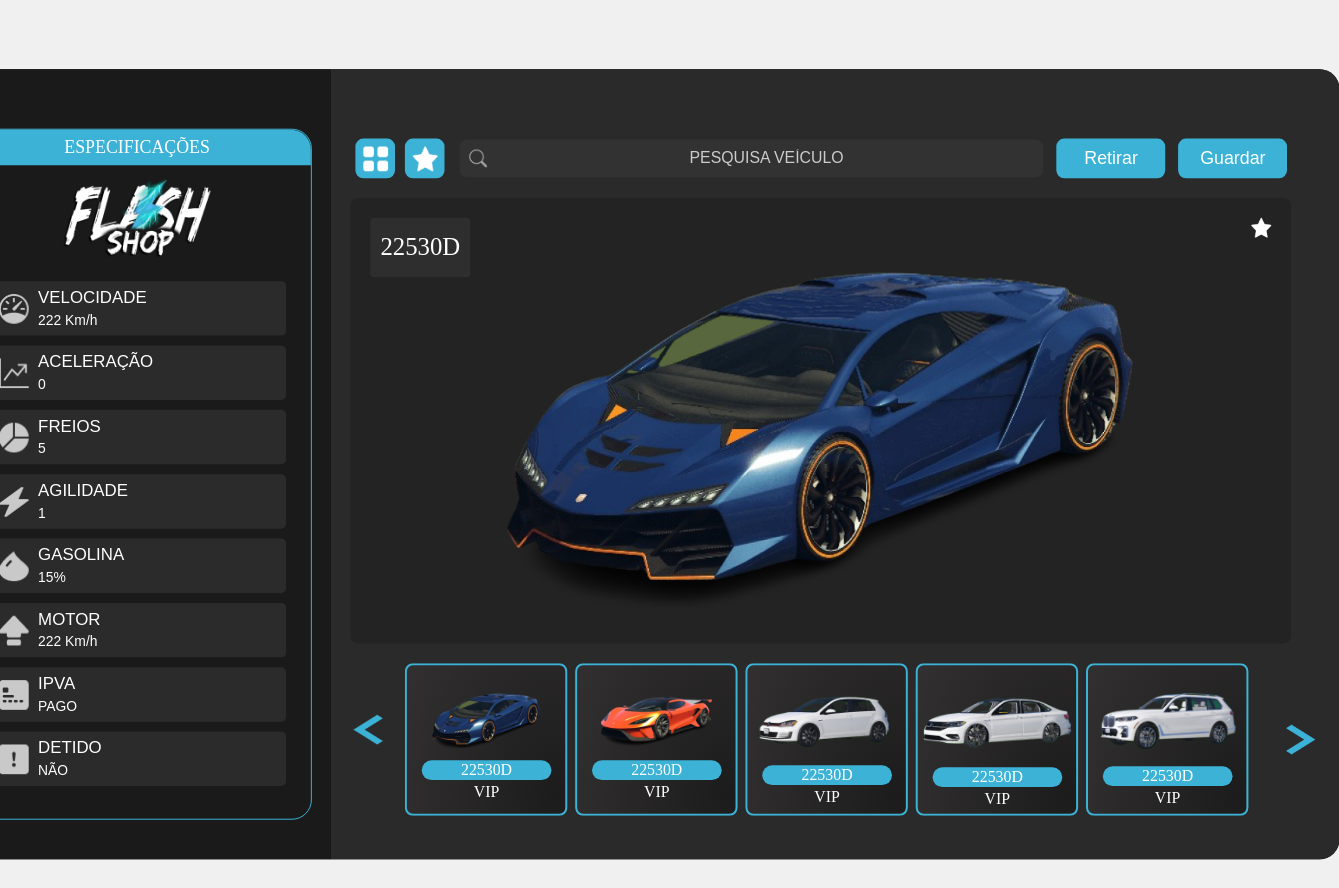
Repository: DuMCorrea/Garagem
Page: index.html
An editor plug-in stored every save of this project. The page is shown before and after the next save, followed by the edit.
The browser window is 1280 px wide. The page is 1353 px wide, so the pictures cover 1353 px, including what lies to the right of the window. The pictures show the whole page, at 99% of full size.
Some web fonts or font styles are not loaded; a fallback is used.

Above is the page before, as saved 2024-08-22 19:56:48.

### index.html
<!DOCTYPE html>
<html lang="pt-BR">
<head>
    <meta charset="UTF-8">
    <meta name="viewport" content="width=device-width, initial-scale=1.0">
    <link href="https://fonts.googleapis.com/css2?family=Baloo+Bhai&display=swap" rel="stylesheet">
    <title>Div Principal</title>
    <link rel="stylesheet" href="styles.css">
</head>
<body>
    <div class="div-principal">
        <div class="div-esquerda">
            <div class="retangulo-informacoes-3 duplicadoo">
                <img src="assets/FlashStore 2.png" alt="Imagem Mecânico" class="imagem-mecanico">
                <div class="titulo-retangulo">ESPECIFICAÇÕES</div>
                <div class="saldo-conteudo">
                    <div class="saldo-item">
                        <img src="assets/Velo.png" alt="Imagem de Carteira" class="saldo-imagem">
                        <div class="saldo-texto">
                            <p class="saldo-titulo">VELOCIDADE</p>
                            <p class="saldo-valor">222 Km/h</p>
                        </div>
                    </div>
                    <div class="saldo-item">
                        <img src="assets/Ace.png" alt="Imagem de Carteira" class="saldo-imagem">
                        <div class="saldo-texto">
                            <p class="saldo-titulo">ACELERAÇÃO</p>
                            <p class="saldo-valor">0</p>
                        </div>
                    </div>
                    <div class="saldo-item">
                        <img src="assets/Freios.png" alt="Imagem de Carteira" class="saldo-imagem">
                        <div class="saldo-texto">
                            <p class="saldo-titulo">FREIOS</p>
                            <p class="saldo-valor">5</p>
                        </div>
                    </div>
                    <div class="saldo-item">
                        <img src="assets/Agi.png" alt="Imagem de Carteira" class="saldo-imagem">
                        <div class="saldo-texto">
                            <p class="saldo-titulo">AGILIDADE</p>
                            <p class="saldo-valor">1</p>
                        </div>
                    </div>
                    <div class="saldo-item">
                        <img src="assets/Gaso.png" alt="Imagem de Carteira" class="saldo-imagem">
                        <div class="saldo-texto">
                            <p class="saldo-titulo">GASOLINA</p>
                            <p class="saldo-valor">15%</p>
                        </div>
                    </div>
                    <div class="saldo-item">
                        <img src="assets/Motor.png" alt="Imagem de Carteira" class="saldo-imagem">
                        <div class="saldo-texto">
                            <p class="saldo-titulo">MOTOR</p>
                            <p class="saldo-valor">222 Km/h</p>
                        </div>
                    </div>
                    <div class="saldo-item">
                        <img src="assets/Ipva.png" alt="Imagem de Carteira" class="saldo-imagem">
                        <div class="saldo-texto">
                            <p class="saldo-titulo">IPVA</p>
                            <p class="saldo-valor">PAGO</p>
                        </div>
                    </div>
                    <div class="saldo-item">
                        <img src="assets/Detido.png" alt="Imagem de Carteira" class="saldo-imagem">
                        <div class="saldo-texto">
                            <p class="saldo-titulo">DETIDO</p>
                            <p class="saldo-valor">NÃO</p>
                        </div>
                    </div>

                </div>
            </div>
        </div>


        <div class="div-direita">
            <div class="retangulo-fundo">
                <!-- Adicionando os quadrados e o input de pesquisa ao fundo -->
                <div class="container-quadrados">
                    <button class="botao-quadrado-azul">
                        <img src="assets/4Quadrados.png" alt="Ícone 1" class="pequena-imagem">
                    </button>
                    <button class="botao-quadrado-azul">
                        <img src="assets/estrela.png" alt="Ícone 2" class="pequena-imagem">
                    </button>
                    <div class="input-container">
                        <input type="text" class="input-pesquisa" placeholder="PESQUISA VEÍCULO">
                        <button class="botao-icone-pesquisa">
                            <img src="assets/lupa (2).png" alt="Ícone Pesquisa" class="icone-pesquisa">
                        </button>
                        <!-- Novos retângulos ao lado do input -->
                        <button class="botao-retangulo-azul">Retirar</button>
                        <button class="botao-retangulo-azul">Guardar</button>
                    </div>
                </div>

                <div class="codigo-overlay">22530D</div>
                <img src="assets/CarroMaior.png" alt="Imagem Central" class="imagem-central">
                <img src="assets/Estrela.png" alt="Ícone Superior Direito" class="imagem-direita">
            </div>

            <!-- Nova seção para os cards com fundo retangular azul claro -->
            <div class="fundo-cards">
                <img src="assets/menorMaior.png" alt="Seta Esquerda" class="seta-esquerda">
                <div class="cards-container">
                    <div class="card">
                        <img src="assets/carro1.png" alt="Card 1" class="card-image">
                        <div class="card-content">
                            <div class="card-code">22530D</div>
                            <div class="card-vip">VIP</div>
                        </div>
                    </div>
                    <div class="card">
                        <img src="assets/carro2.png" alt="Card 2" class="card-image">
                        <div class="card-content">
                            <div class="card-code">22530D</div>
                            <div class="card-vip">VIP</div>
                        </div>
                    </div>
                    <div class="card">
                        <img src="assets/carro3.png" alt="Card 3" class="card-image2">
                        <div class="card-content">
                            <div class="card-code">22530D</div>
                            <div class="card-vip">VIP</div>
                        </div>
                    </div>
                    <div class="card">
                        <img src="assets/carro4.png" alt="Card 4" class="card-image3">
                        <div class="card-content">
                            <div class="card-code">22530D</div>
                            <div class="card-vip">VIP</div>
                        </div>
                    </div>
                    <div class="card">
                        <img src="assets/carro5.png" alt="Card 5" class="card-image4">
                        <div class="card-content">
                            <div class="card-code">22530D</div>
                            <div class="card-vip">VIP</div>
                        </div>
                    </div>
                    <img src="assets/maiorMenor.png" alt="Seta Direita" class="seta-direita">
                </div>
            </div>
        </div>







    </div>
</body>
</html>

### styles.css
body {
    display: flex;
    flex-direction: column;
    align-items: center;
    margin: 0;
    background-color: #f0f0f0;
    font-family: 'Baloo Bhai';
    overflow-y: auto;
    margin-top: 70px;
}

.div-principal {
    position: relative;
    display: flex;
    width: 1425px;
    height: 798px;
    border-radius: 20px;
    background-color: #010101;
    margin-bottom: 20px;
}

.div-esquerda {
    width: 27%; /* Ocupa 30% da largura da div-principal */
    background-color: #1A1A1A; /* Cor de fundo diferente para destaque */
    border-radius: 20px 0px 0px 20px; /* Canto arredondado na esquerda */
    padding: 20px;
}

.div-direita {
    width: 72%; /* Ocupa 70% da largura da div-principal */
    background-color: #2A2A2A; /* Cor de fundo diferente para destaque */
    border-radius: 0px 20px 20px 0px; /* Canto arredondado na direita */
    padding: 20px;
}

.retangulo-informacoes-3 {
    width: 320px;
    height: 232px;
    position: absolute;
    top: 580px;
    left: 462px;
    border-radius: 20px;
    border: 1px solid #3CB3D6;
    background-color: rgba(0, 0, 0, 0); /* Ajuste da opacidade de fundo */
    opacity: 1; /* Visibilidade ativada */
}
.duplicadoo {
    width: 350px;
    height: 696px;
    position: absolute;
    top: 60px;
    left: 35px;
    border-radius: 20px;
    border: 1px solid #3CB3D6;
    background-color: rgba(0, 0, 0, 0); /* Ajuste da opacidade de fundo */
    opacity: 1; /* Visibilidade ativada */
}

.titulo-retangulo {
    width: 100%; /* Ajusta a largura ao do retângulo */
    height: 36px;
    background: #3CB3D6; /* Cor de fundo */
    border-radius: 20px 20px 0 0; /* Arredonda apenas os cantos superiores */
    color: white; /* Cor do texto */
    font-size: 18px; /* Tamanho do texto */
    line-height: 36px; /* Centraliza verticalmente o texto */
    text-align: center; /* Centraliza horizontalmente o texto */
    position: absolute;
    top: 0; /* Alinha o título ao topo do retângulo */
    left: 0; /* Alinha o título à esquerda do retângulo */
}

.status-rectangle {
    width: 300px;
    height: 35px;
    position: absolute;
    top: 130px;
    left: 16px;
    display: flex;
    align-items: center;
    justify-content: space-between; /* Ajuste para espaçar os textos */
    padding: 0 10px; /* Adicione um pequeno padding para afastar o texto das bordas */
    border-radius: 5px;
    opacity: 1; /* Tornar o retângulo visível */
    background: #37373796;
  }
  .status-text {
    font-size: 14px;
    color: #fff;
    font-family: 'Baloo Bhai', sans-serif;
  }

  .imagem-mecanico {
    display: block;
    margin: 0 auto; /* Centraliza a imagem horizontalmente */
    width: 50%; /* Ajuste a largura da imagem conforme necessário */
    height: 25%; /* Ajuste a altura da imagem conforme necessário */
    position: absolute;
    top: 0px; /* Ajuste a posição vertical da imagem */
    left: 50%;
    transform: translateX(-50%); /* Centraliza a imagem em relação ao retângulo */
}








.saldo-imagem {
    width: 30px;
    height: 30px;
    margin-right: 10px; /* Espaçamento entre a imagem e o texto */
}
.saldo-conteudo {
    display: flex;
    flex-direction: column;
    align-items: center;
    justify-content: center;
    height: 100%;
    padding: 10px;
    gap: 10px; /* Espaçamento entre os retângulos */
    margin-top: 50px;
}

.saldo-item {
    display: flex;
    align-items: center;
    width: 280px;
    height: 35px;
    border-radius: 5px;
    background: #37373796;
    padding: 10px;
}

.saldo-texto {
    display: flex;
    flex-direction: column;
    gap: 2px; /* Espaçamento reduzido entre o título e o valor */
    font-family: 'Baloo Bhai', sans-serif;


}

.saldo-titulo {
    font-family: 'Baloo Bhai', sans-serif;
    font-size: 17px;
    font-weight: 400;
    line-height: 20px; /* Ajuste na altura da linha para deixar os textos mais próximos */
    text-align: left;
    color: white;
    margin: 0;
}
.saldo-valor {
    font-family: 'Baloo Bhai', sans-serif;
    font-size: 14px;
    font-weight: 400;
    line-height: 20px; /* Ajuste na altura da linha para deixar os textos mais próximos */
    text-align: left;
    color: white;
    margin: 0;
}



/* DIV DA DIREITA */

/* Estilo para o contêiner dos quadrados e do input de pesquisa */
.container-quadrados {
    position: absolute;
    top: -60px; /* Ajuste para posicionar os quadrados acima do fundo */
    left: 5px; /* Ajuste para mover os quadrados mais para a esquerda */
    display: flex;
    gap: 10px; /* Espaçamento entre os quadrados e o input */
}

.botao-quadrado-azul {
    width: 40px; /* Tamanho do quadrado */
    height: 40px; /* Tamanho do quadrado */
    background-color: #3CB3D6; /* Cor de fundo azul claro */
    display: flex;
    justify-content: center;
    align-items: center;
    border: none; /* Remove a borda padrão */
    border-radius: 8px; /* Bordas arredondadas */
    cursor: pointer; /* Indica que o elemento é clicável */
    padding: 0; /* Remove o padding padrão do botão */
    margin: 0; /* Remove a margem padrão do botão */
}

.pequena-imagem {
    width: 25px; /* Tamanho da imagem */
    height: 25px;
}

/* Estilo para o contêiner do input e ícone */
.input-container {
    position: relative; /* Define o contexto para o ícone */
    margin-left: 5px; /* Espaçamento entre os quadrados e o input */
}

/* Estilo para o input de pesquisa */
.input-pesquisa {
    padding: 10px 10px 10px 40px; /* Espaçamento interno, espaço adicional à esquerda para o ícone */
    width: 540px; /* Largura do input */
    background: rgba(62, 62, 62, 0.42); /* Cor de fundo com opacidade */
    border: none; /* Remove a borda padrão */
    border-radius: 8px; /* Bordas arredondadas */
    color: #fff; /* Cor do texto */
    font-size: 16px; /* Tamanho da fonte */
    text-align: center; /* Centraliza o texto do placeholder */
}

.input-pesquisa::placeholder {
    color: #ccc; /* Cor do placeholder */
}

/* Estilo para o botão da lupa */
.botao-icone-pesquisa {
    position: absolute; /* Alinha o botão com o input */
    left: 10px; /* Alinha o ícone à esquerda dentro do input */
    top: 50%; /* Alinha verticalmente o ícone no centro */
    transform: translateY(-50%); /* Corrige o alinhamento vertical */
    width: 18px; /* Tamanho do botão */
    height: 18px; /* Tamanho do botão */
    background: transparent; /* Remove o fundo do botão */
    border: none; /* Remove a borda padrão do botão */
    cursor: pointer; /* Indica que o botão é clicável */
    padding: 0; /* Remove o padding padrão do botão */
    display: flex; /* Centraliza o ícone dentro do botão */
    justify-content: center;
    align-items: center;
}
/* Estilo para o ícone dentro do botão */
.botao-icone-pesquisa img {
    width: 18px; /* Tamanho do ícone */
    height: 18px; /* Tamanho do ícone */
}

/* Outros estilos existentes */
.retangulo-fundo {
    width: 950px;
    height: 450px;
    background: rgba(29, 28, 28, 0.48); /* Cor com opacidade */
    border-radius: 8px;
    display: flex;
    justify-content: center;
    align-items: center;
    margin-top: 110px;
    position: relative; /* Define a posição relativa para o fundo */
}

.imagem-central {
    width: 650px;
    height: 378.6px;
}

.codigo-overlay {
    position: absolute;
    top: 20px; /* Ajusta a posição para o canto superior */
    left: 20px; /* Ajusta a posição para o canto esquerdo */
    padding: 5px 10px;
    background: rgba(62, 62, 62, 0.42); /* Cor com opacidade */
    border-radius: 4px;
    color: #fff;
    font-size: 25px;
    line-height: 50px;
}

.imagem-direita {
    position: absolute;
    top: 20px; /* Posição no canto superior */
    right: 20px; /* Posição no canto direito */
    width: 20px; /* Ajuste o tamanho conforme necessário */
    height: 20px; /* Ajuste o tamanho conforme necessário */
}

.botao-quadrado-azul img {
    width: 25px; /* Tamanho da imagem */
    height: 25px;
}
/* Estilo para os botões dos retângulos */
.botao-retangulo-azul {
    width: 110px; /* Largura dos retângulos */
    height: 40px; /* Altura dos retângulos */
    background-color: #3CB3D6; /* Cor de fundo azul claro */
    display: flex;
    justify-content: center;
    align-items: center;
    border: none; /* Remove a borda padrão */
    border-radius: 8px; /* Bordas arredondadas */
    color: #fff; /* Cor do texto */
    font-size: 18px; /* Tamanho da fonte */
    cursor: pointer; /* Indica que o elemento é clicável */
    margin-left: 12px; /* Espaçamento entre o input e os retângulos */
    padding: 0; /* Remove o padding padrão do botão */
}

/* Estilo para o contêiner do input e ícone, ajustando o espaço para os retângulos */
/* Ajusta o contêiner do input e ícone para incluir os botões */
.input-container {
    position: relative; /* Define o contexto para o ícone e botões */
    margin-left: 5px; /* Espaçamento entre os quadrados e o input */
    display: flex; /* Organiza os itens horizontalmente */
    align-items: center; /* Alinha verticalmente os itens */
    gap: 1px; /* Espaçamento entre os itens */
}




/* Estilo para o código do card com fundo retangular azul */
.card-code {
    font-size: 16px; /* Tamanho da fonte ajustado */
    margin-bottom: 3px; /* Espaçamento abaixo do código */
    margin-top: 7px;
    background: #3CB3D6; /* Cor de fundo azul */
    color: #fff; /* Cor do texto branca para contraste */
    padding: 1px 40px; /* Espaçamento interno */
    border-radius: 10px; /* Bordas arredondadas */
    display: inline-block; /* Garante que o fundo azul se ajuste ao texto */
}

/* Estilo para a nova seção de cards */
.cards-container {
    display: flex; /* Organiza os cards horizontalmente */
    justify-content: flex-start; /* Alinha os cards no início da linha */
    flex-wrap: nowrap; /* Não permite quebra de linha, todos os cards na mesma linha */
    gap: 8px; /* Espaçamento entre os cards */
    margin-top: 20px; /* Espaçamento acima dos cards */
    margin-left: -18px; /* Espaçamento à esquerda da div para mover os cards mais para a direita */
    overflow-x: auto; /* Permite rolagem horizontal se os cards não cabem na tela */
}

/* Estilo para cada card */
.card {
    width: 160px; /* Largura aumentada do card */
    height: 150px; /* Altura aumentada do card */
    background: radial-gradient(547.21% 823.76% at 94.51% 88.04%, #1D1C1C 0%, #837E7E 100%); /* Cor de fundo do card */
    border: 2px solid #3CB3D6; /* Borda do card */
    border-radius: 8px; /* Bordas arredondadas */
    display: flex; /* Organiza o conteúdo verticalmente */
    flex-direction: column; /* Organiza os itens na vertical */
    align-items: center; /* Alinha o conteúdo horizontalmente no centro */
    justify-content: center; /* Alinha o conteúdo verticalmente no centro */
    overflow: hidden; /* Esconde qualquer parte do conteúdo que exceda os limites do card */
}

/* Estilo para a imagem do card */
.card-image {
    width: 70%; /* Largura da imagem */
    height: 40%; /* Altura da imagem reduzida */
    object-fit: cover; /* Cobre o espaço do card mantendo a proporção da imagem */
    margin-top: 15px;
}
.card-image2 {
    width: 120%; /* Largura da imagem */
    height: 80%; /* Altura da imagem reduzida */
    object-fit: cover; /* Cobre o espaço do card mantendo a proporção da imagem */
    margin-bottom: -20px;
    margin-top: -14px;
}
.card-image3 {
    width: 110%; /* Largura da imagem */
    height: 80%; /* Altura da imagem reduzida */
    object-fit: cover; /* Cobre o espaço do card mantendo a proporção da imagem */
    margin-bottom: -18px;
    margin-top: -12px;
}
.card-image4 {
    width: 100%; /* Largura da imagem */
    height: 70%; /* Altura da imagem reduzida */
    object-fit: cover; /* Cobre o espaço do card mantendo a proporção da imagem */
    margin-top: 0px;
    margin-bottom: -17px;
}

/* Estilo para o conteúdo do card */
.card-content {
    width: 100%; /* Largura do conteúdo */
    text-align: center; /* Centraliza o texto */
    color: #fff; /* Cor do texto */
    padding: 5px 0; /* Espaçamento interno */
}

/* Estilo para o código do card */
.card-code {
    font-size: 16px; /* Tamanho da fonte ajustado */
    margin-bottom: 3px; /* Espaçamento abaixo do código */
}



/* Estilo para a seta esquerda */
.seta-esquerda {
    width: 30px; /* Ajuste o tamanho conforme necessário */
    height: 30px;
    cursor: pointer; /* Indica que a seta é clicável */
    align-self: center; /* Centraliza verticalmente a seta em relação aos cards */
    margin-right: 40px; /* Espaçamento entre a seta e o primeiro card */
}

/* Estilo para a seta direita */
.seta-direita {
    width: 30px; /* Ajuste o tamanho conforme necessário */
    height: 30px;
    cursor: pointer; /* Indica que a seta é clicável */
    align-self: center; /* Centraliza verticalmente a seta em relação aos cards */
    margin-left: 30px; /* Espaçamento entre a seta e o último card */
}
/* Estilo para a nova seção de cards */
.fundo-cards {
    display: flex; /* Organiza as setas e os cards na horizontal */
    align-items: center; /* Alinha os itens verticalmente ao centro */
    justify-content: center; /* Centraliza o conteúdo */
}

After the next save:
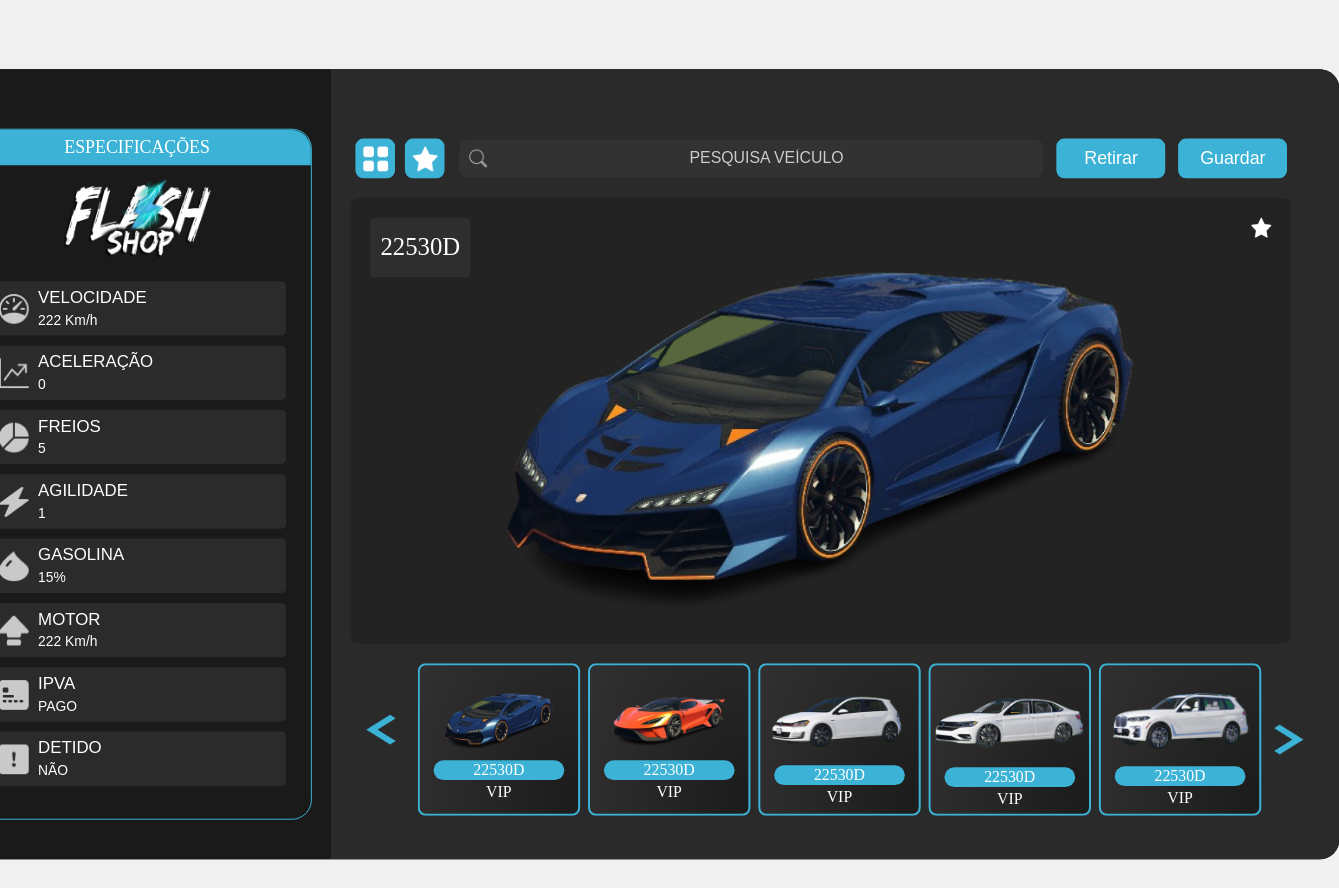
Saved 4 s later.
--- a/styles.css
+++ b/styles.css
@@ -407,7 +407,7 @@
     height: 30px;
     cursor: pointer; /* Indica que a seta é clicável */
     align-self: center; /* Centraliza verticalmente a seta em relação aos cards */
-    margin-left: 30px; /* Espaçamento entre a seta e o último card */
+    margin-left: 5px; /* Espaçamento entre a seta e o último card */
 }
 /* Estilo para a nova seção de cards */
 .fundo-cards {
